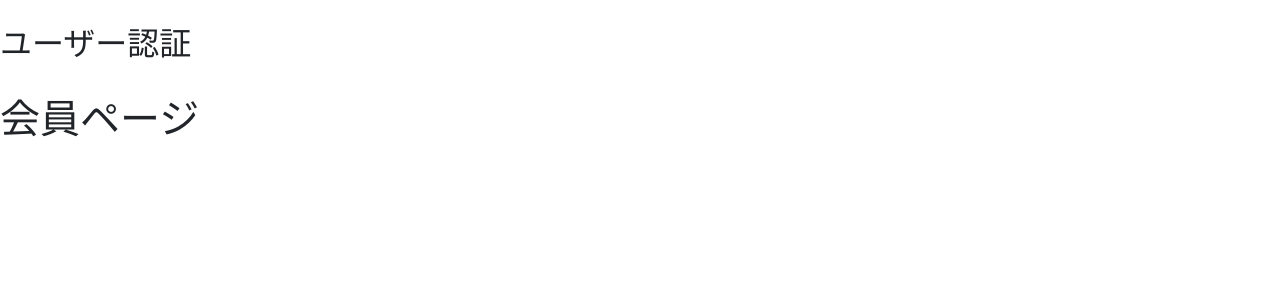
Repository: tt-nk/form-app
Page: http://localhost/main
The author's editor kept a copy of each file at every save. The page is drawn from the files as they stood at one save, then again after the next save.
The browser window is 1280 px wide. The pictures show the whole page.
The page is served by the project's application, run on Flask 3 (app.py). The user the application loads for id 1 is signed in.

Above is the page before, as saved 2021-12-15 09:42:51.

### templates/main.html
{% extends 'base.html'%}
{% block content%}
<h1>会員ページ</h1>
{% endblock %}

### templates/base.html
<!DOCTYPE html>
<html lang="en">

<head>
    <meta charset="UTF-8">
    <meta http-equiv="X-UA-Compatible" content="IE=edge">
    <meta name="viewport" content="width=device-width, initial-scale=1.0">
    <!-- CSS only -->
    <link href="https://cdn.jsdelivr.net/npm/bootstrap@5.0.0-beta1/dist/css/bootstrap.min.css" rel="stylesheet"
        integrity="sha384-giJF6kkoqNQ00vy+HMDP7azOuL0xtbfIcaT9wjKHr8RbDVddVHyTfAAsrekwKmP1" crossorigin="anonymous">
    <title>Document</title>
</head>

<body>
    <br>
    <h2>ユーザー認証</h2>
    <br>
    <!---メインコンテンツ-->
    {% block content %}
    {% endblock %}
    <script src="static/js/script.js"></script>
</body>

</html>

### app.py
import os
from flask import Flask, render_template, redirect
from flask_sqlalchemy import SQLAlchemy
from flask_login import UserMixin, LoginManager, login_required, login_user
from flask_wtf import FlaskForm
from wtforms import StringField, PasswordField, SubmitField
from wtforms.validators import InputRequired, Length

app = Flask(__name__)
app.config['SQLALCHEMY_DATABASE_URI'] = 'sqlite:///form.db'
app.config['SQLALCHEMY_TRACK_MODIFICATIONS'] = False
app.config['SECRET_KEY'] = os.urandom(24)
db = SQLAlchemy(app)

login_manager = LoginManager()
login_manager.init_app(app)


class User(UserMixin):
    def __init__(self, user_id):
        self.id = user_id


class LoginForm(FlaskForm):

    validators = [InputRequired(), Length(
        min=8, max=16, message='8文字以上16文字以内で入力して下さい。')]
    username = StringField('Username', validators)
    password = PasswordField('Password')
    submit = SubmitField('Login')


@login_manager.user_loader
def load_user(user_id):
    return User(user_id)


@app.route('/')
def index():
    return render_template('top.html')


@app.route('/main')
@login_required
def main():
    return render_template('main.html')


@app.route('/login', methods=['GET', 'POST'])
def form():
    form = LoginForm()
    return render_template('form.html', form=form)


if __name__ == '__main__':
    app.run(host="localhost", debug=True)

### static/js/script.js
alert("js読み込み完了");

After the next save:
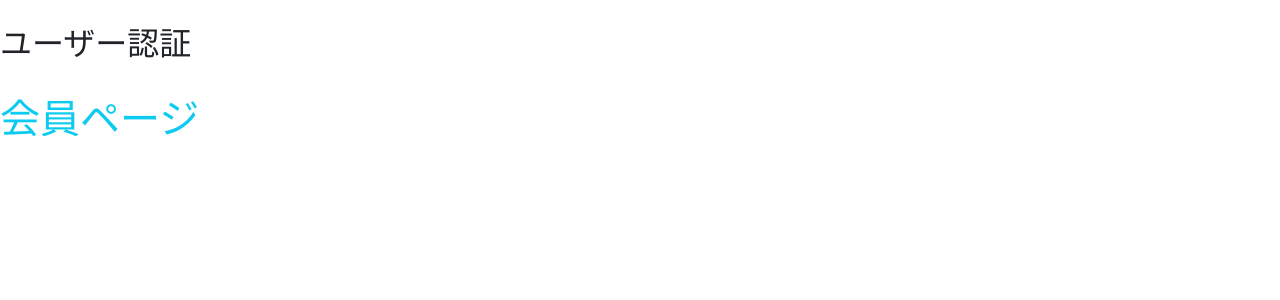
Saved 5 min 39 s later.
--- a/templates/main.html
+++ b/templates/main.html
@@ -1,4 +1,4 @@
 {% extends 'base.html'%}
 {% block content%}
-<h1>会員ページ</h1>
+<h1 class="text-info">会員ページ</h1>
 {% endblock %}
